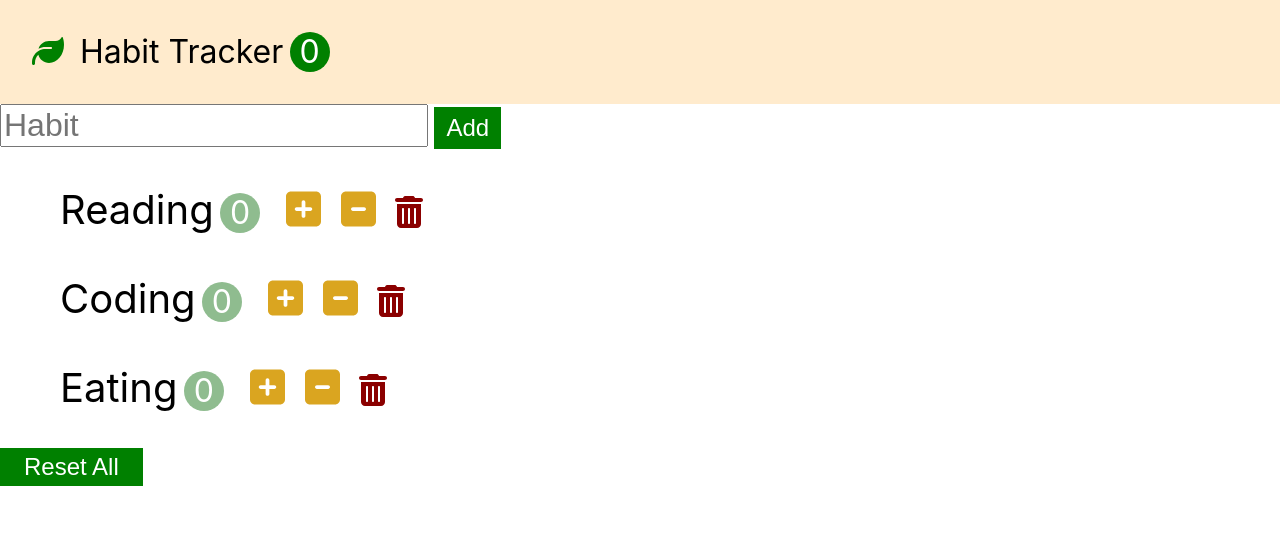
Repository: parkhyeonki/habit_tracker
Page: /
These files come from the project's save history. The page is drawn as it stood at one moment and after the next save; the edit follows.
The browser window is 1280 px wide. The pictures show the whole page.
The project was rebuilt for these pictures with package versions that can differ from the ones it lists, and the page was loaded fresh each time.

Above is the page before, as saved 2022-03-05 15:49:20.

After the next save:
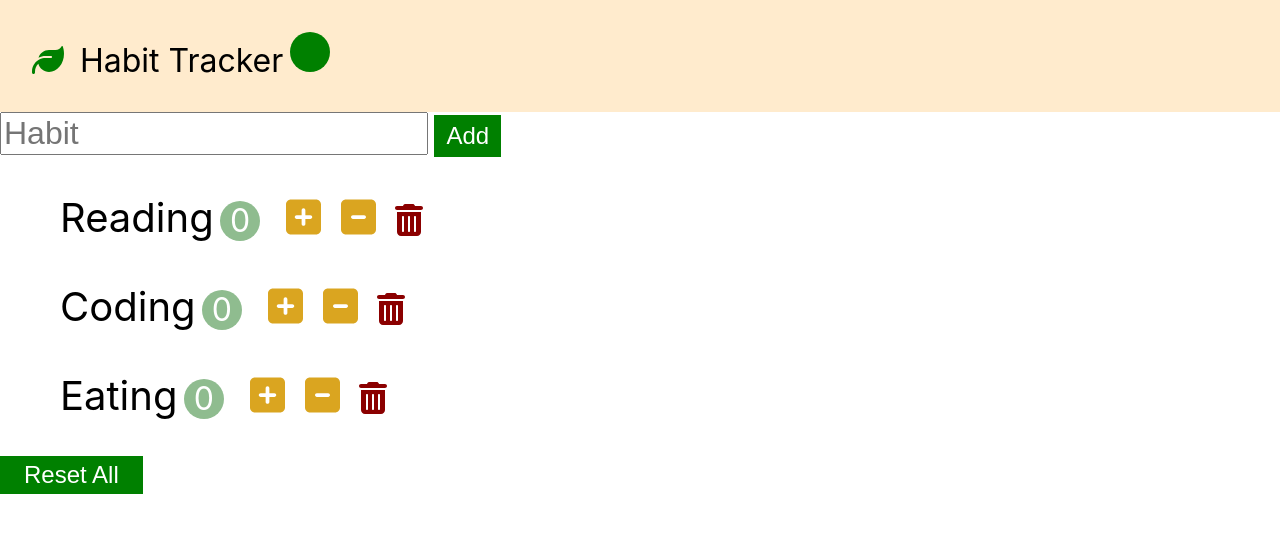
Saved 4 min 15 s later.
--- a/src/components/navbar.jsx
+++ b/src/components/navbar.jsx
@@ -7,7 +7,7 @@ const Navbar = (props) => {
         <i class="fa-solid fa-leaf"></i>
       </span>
       <span>Habit Tracker</span>
-      <span className="navbar-count">0</span>
+      <span className="navbar-count">{props.count}</span>
     </nav>
   );
 };
